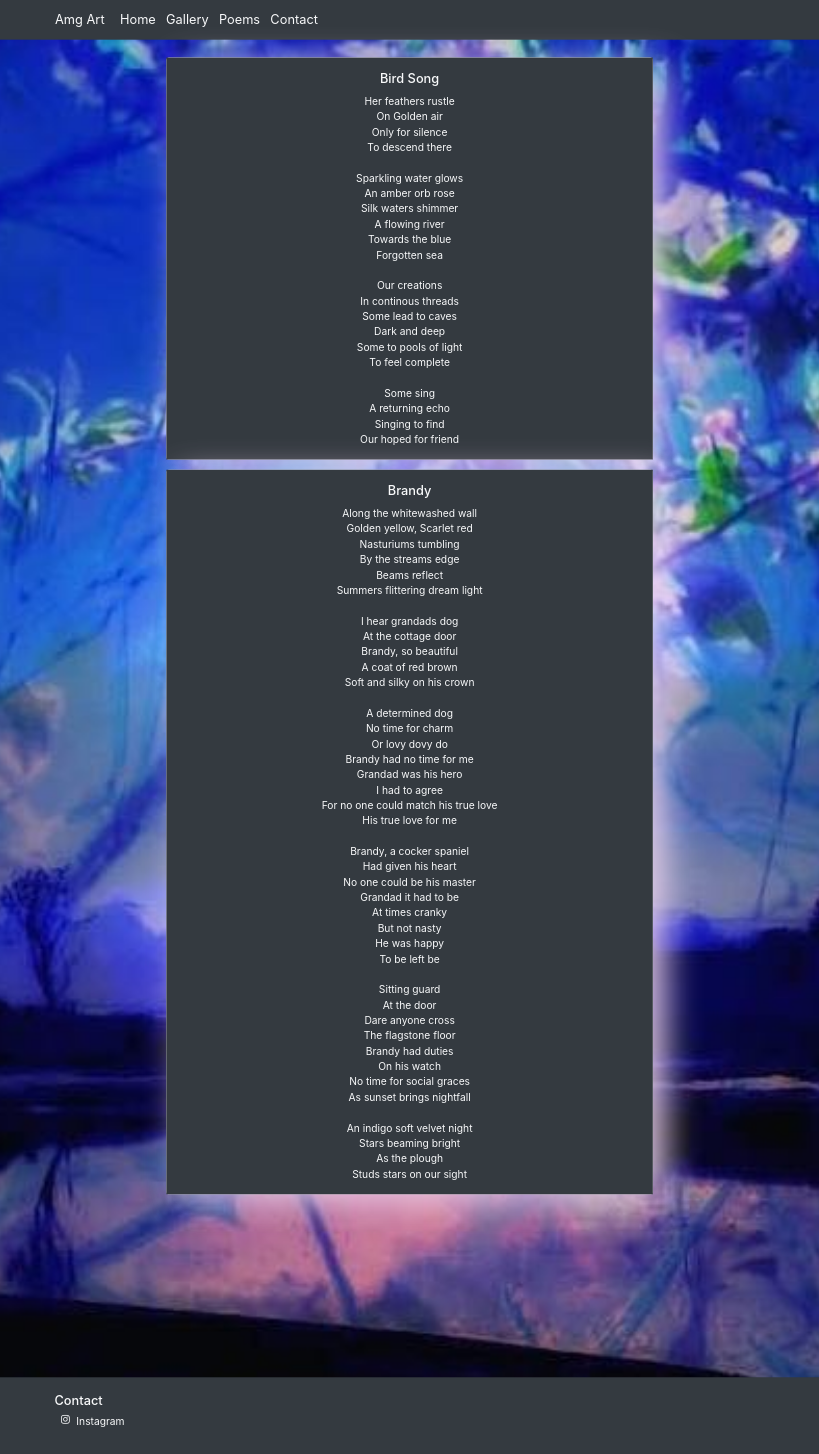
Repository: AllenGleeson/AmgArtGallery
Page: poems.html
The author's editor kept a record of every edit. The page is drawn from the files as they stood at one moment, then again after the next edit.
The browser window is 1280 px wide. The pictures show the whole page, at 64% of full size.

Above is the page before.

After the next edit:
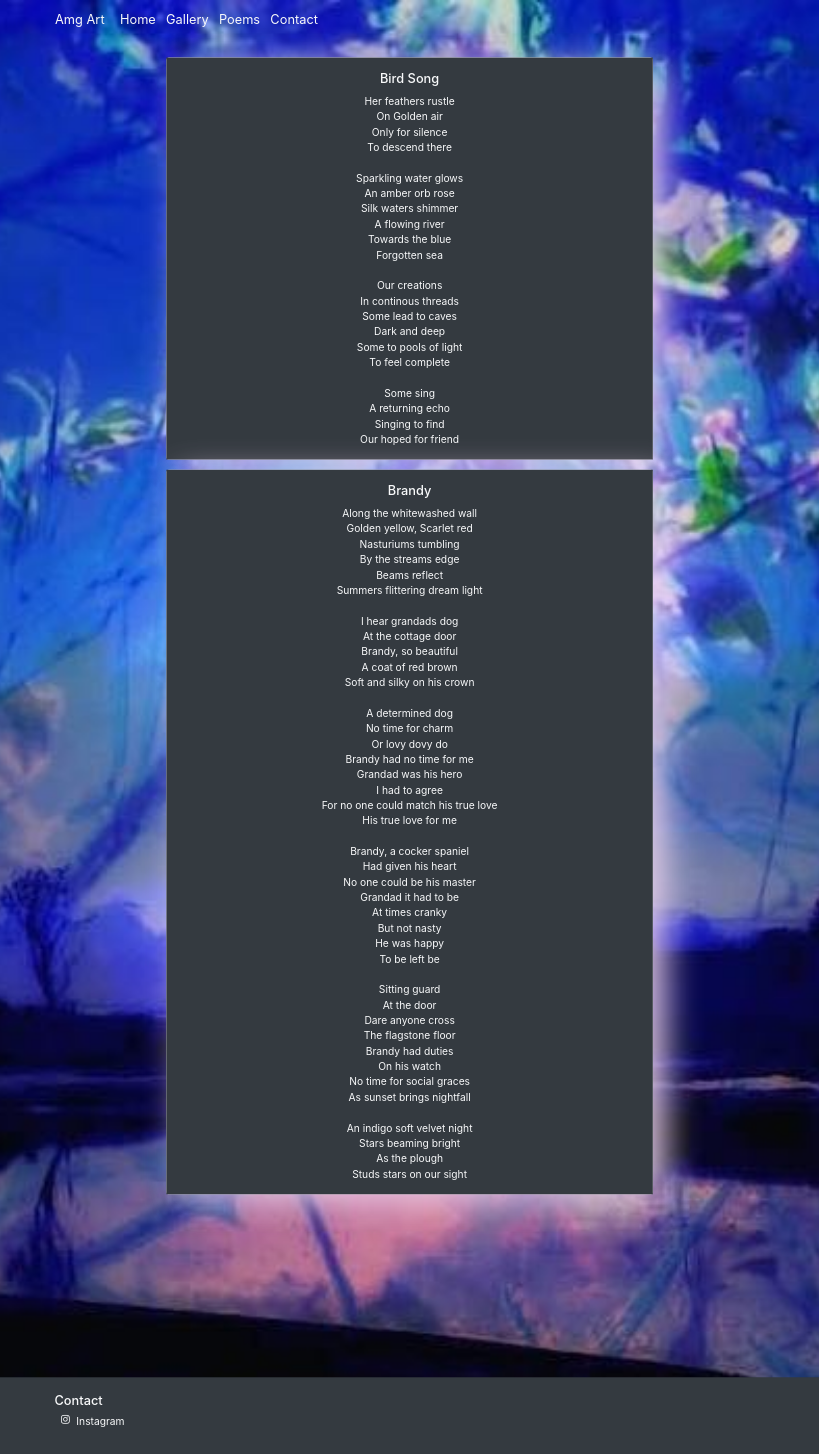
The edit:
--- a/poems.html
+++ b/poems.html
@@ -11,7 +11,7 @@
 </head>
 
 <body>
-    <header class="bg-dark mb-2">
+    <header class="colorTheme mb-2">
         <nav class="navbar navbar-expand-sm navbar-light container">
             <a class="navbar-brand text-light" href="./index.html">Amg Art</a>
             <button class="navbar-toggler" type="button" data-toggle="collapse" data-target="#navbarNavAltMarkup" aria-controls="navbarNavAltMarkup" aria-expanded="false" aria-label="Toggle navigation">
